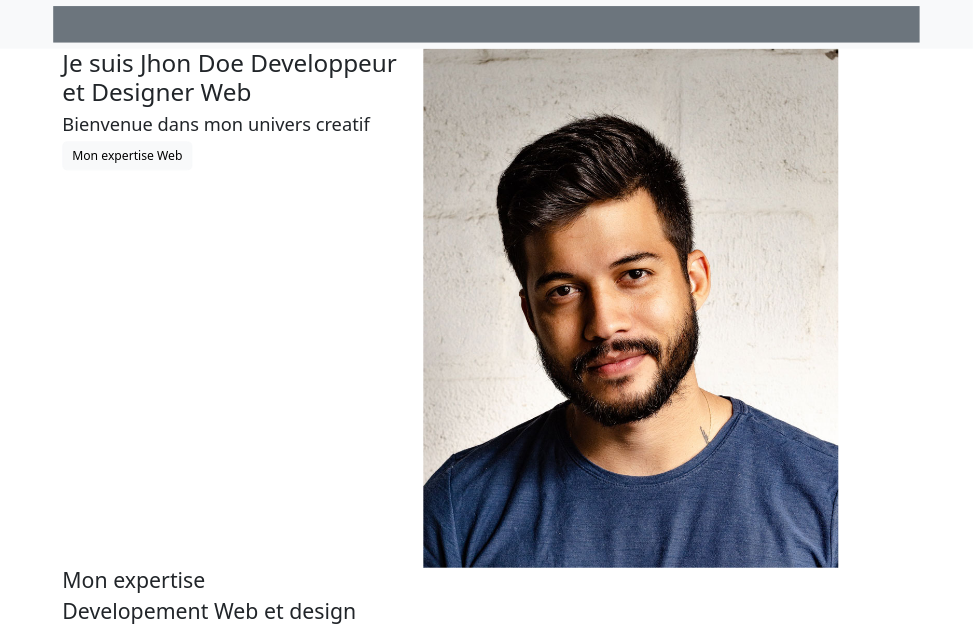
Repository: wadelfadill/Bootstrap_tache_1_portfolio
Page: index.html
The author's editor kept a copy of each file at every save. The page is drawn from the files as they stood at one save, then again after the next save.
The browser window is 1280 px wide. The pictures show the whole page, at 76% of full size.

Above is the page before, as saved 2023-03-27 11:17:49.

### index.html
<!DOCTYPE html>
<html lang="en">
<head>
    <meta charset="UTF-8">
    <meta http-equiv="X-UA-Compatible" content="IE=edge">
    <meta name="viewport" content="width=device-width, initial-scale=1.0">
    <title>Portfolio_Bootstrap</title>
    <link href="https://cdn.jsdelivr.net/npm/bootstrap@5.3.0-alpha2/dist/css/bootstrap.min.css" rel="stylesheet" integrity="sha384-aFq/bzH65dt+w6FI2ooMVUpc+21e0SRygnTpmBvdBgSdnuTN7QbdgL+OapgHtvPp" crossorigin="anonymous">
    <link rel="stylesheet" href="style.css">
</head>
<body>
    <nav class="navbar bg-light container-fluid">
        <div class="container bg-secondary py-4">

        </div>
    </nav>
    <div class="container">
        <div class="row">
            <div class="col-5">
                <p class="h2">Je suis Jhon Doe Developpeur et Designer Web</p>
                <p class="h4">Bienvenue dans mon univers creatif</p>
                <a class="btn btn-light" href="#" role="button">Mon expertise Web</a>

            </div>
            <div class="col-6">
                <img src="img/portrait.jpg" alt="profile de Jhon" class="img-fluid">
            </div>
        </div>
    </div>
    <div class="container">
        <p class="h3">Mon expertise</p>
        <p class="h3">Developement Web et design</p>
        <div class="grid">
            <div class="g-col-7">

            </div>
            <div class="g-col-4">

            </div>
            <div class="g-col-4">

            </div>
            <div class="g-col-7">

            </div>
        </div>
    </div>
</body>
</html>

Loaded but not shown: style.css (no stored copy; drawn as an empty file)

After the next save:
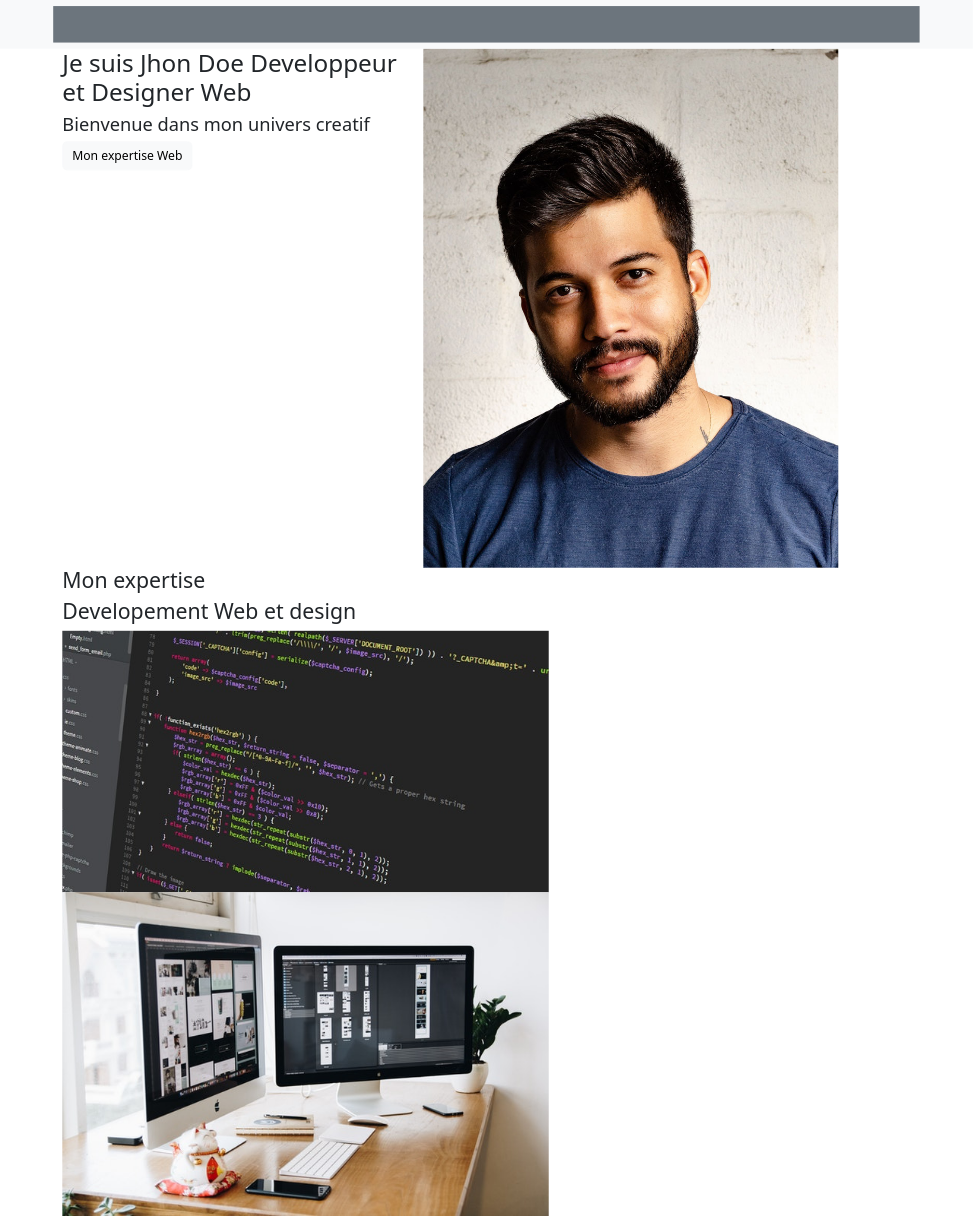
Saved 2 min 50 s later.
--- a/index.html
+++ b/index.html
@@ -31,16 +31,16 @@
         <p class="h3">Mon expertise</p>
         <p class="h3">Developement Web et design</p>
         <div class="grid">
-            <div class="g-col-7">
+            <div class="g-col-7 bg-gray">
 
             </div>
             <div class="g-col-4">
-
+                <img src="img/code.jpg" alt="" class="img-fluid">
             </div>
             <div class="g-col-4">
-
+                <img src="img/design.jpg" alt="" class="img-fluid">
             </div>
-            <div class="g-col-7">
+            <div class="g-col-7 bg-gray">
 
             </div>
         </div>
